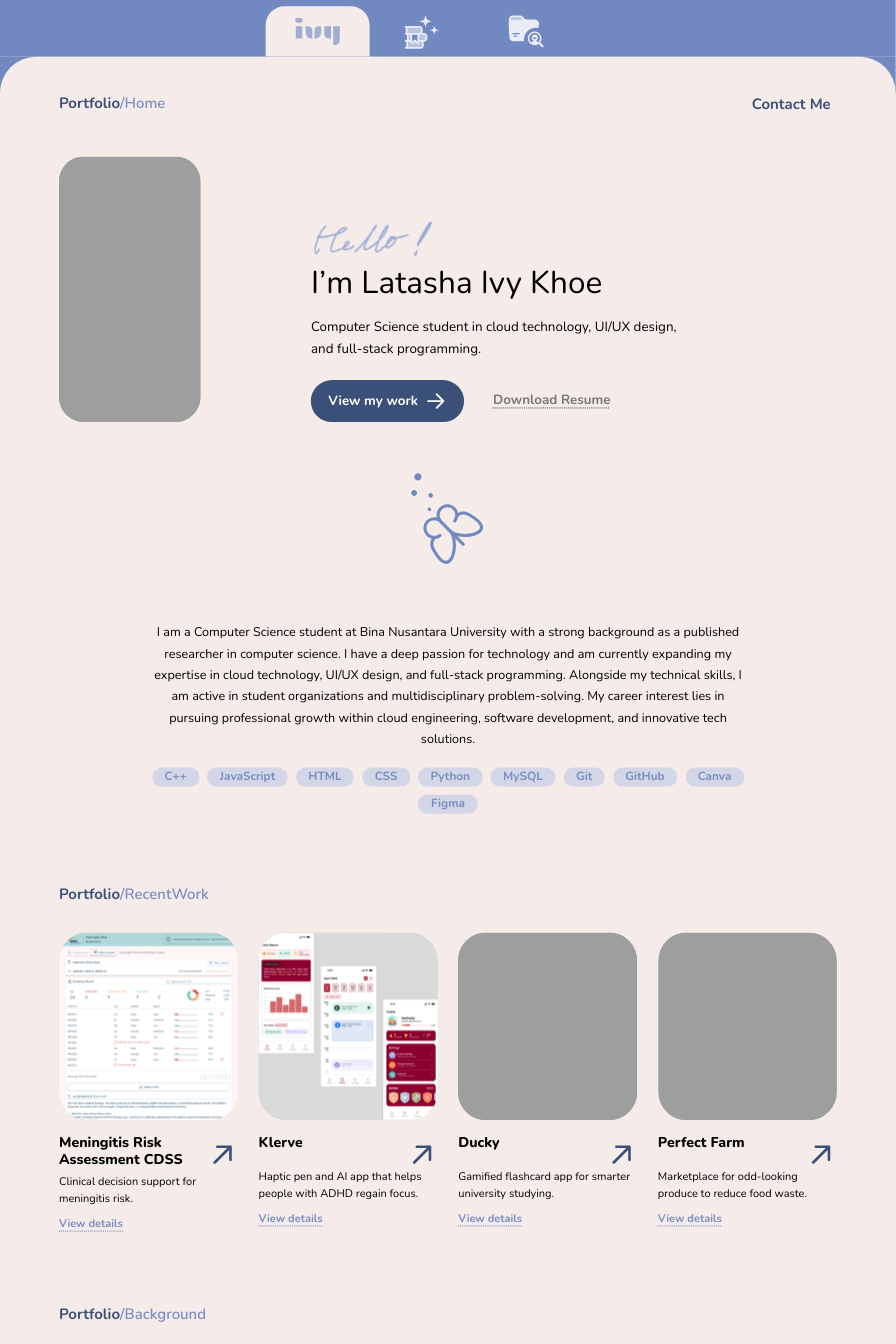
Repository: L-vy/L-vy
Page: /
The author's editor kept a copy of each file at every save. The page is drawn from the files as they stood at one save, then again after the next save.
The browser window is 1280 px wide. The pictures show the part of the page from y = 0 to 1920 px (the page is 3226 px tall), at 70% of full size.
Pictures or frames that could not be fetched are drawn as grey boxes. Some web fonts or font styles are not loaded; a fallback is used. The project was rebuilt for these pictures with package versions that can differ from the ones it lists, and the page was loaded fresh each time. Also part of the build but not shown: vite.config.ts, src/components/ExperienceBinder.tsx, src/components/FolderCard.tsx, src/components/ProjectSidebar.tsx, src/pages/ProjectDetails.tsx.

Above is the page before, as saved 2026-10-07 21:16:03.

After the next save:
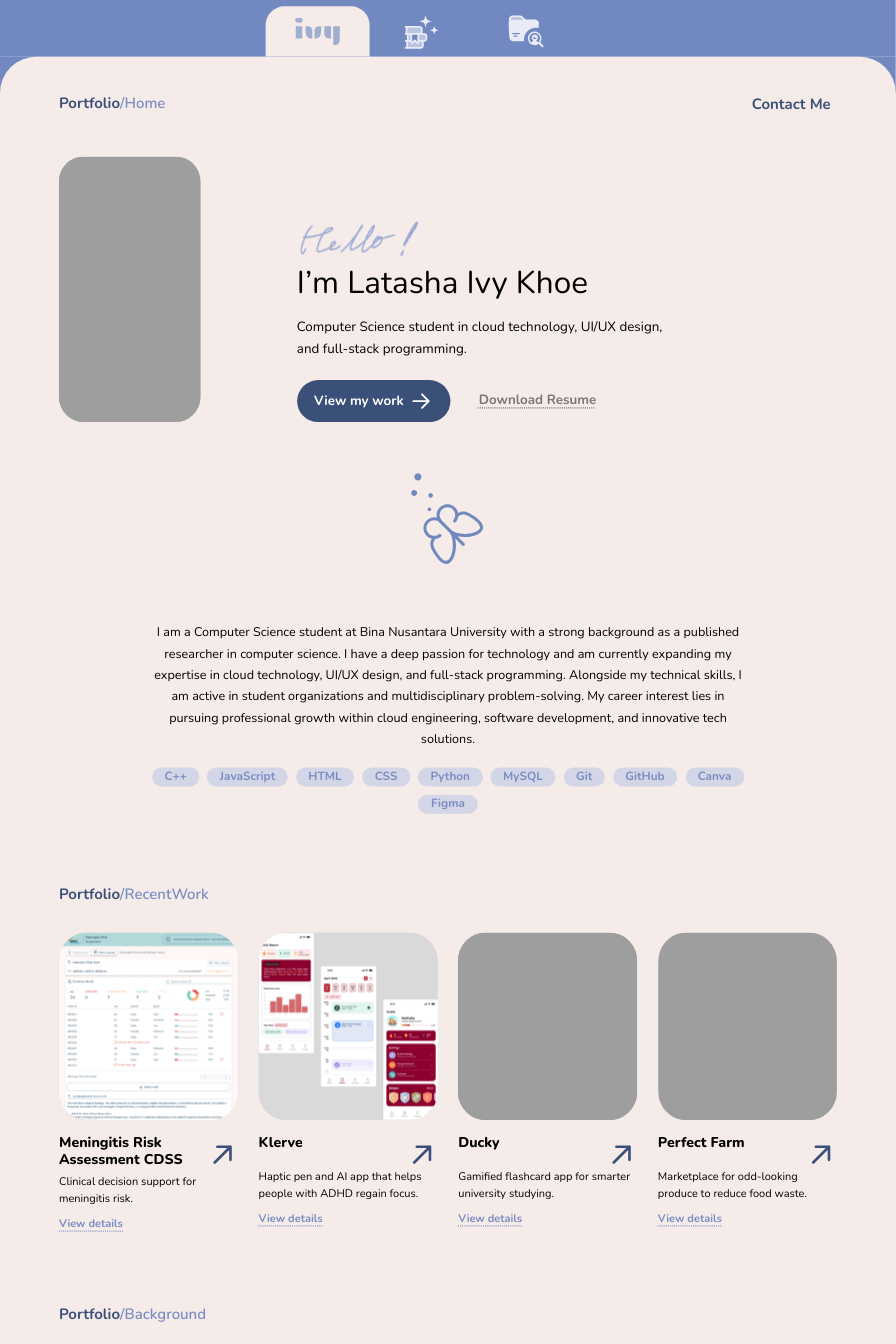
Saved 36 s later.
--- a/src/styles.css
+++ b/src/styles.css
@@ -26,7 +26,7 @@ img{max-width:100%}
 .crumb{background:none;border:0;padding:0;font:inherit;color:inherit}
 .crumb:hover{text-decoration:underline dotted;text-underline-offset:0.25rem}
 .contact-link{background:none;border:0;font-size:1.1875rem;font-weight:700;color:var(--ink)}
-.hero-grid{display:grid;grid-template-columns:16.875rem 1fr;gap:3.125rem;align-items:flex-end;margin-top:3.25rem}
+.hero-grid{display:grid;grid-template-columns:16.875rem 1fr;gap:2rem;align-items:flex-end;margin-top:3.25rem}
 .hero-photo{width: 100%;max-width: 135px;aspect-ratio: 200 / 375;object-fit:cover;background:var(--ph);border-radius:2rem;transition:transform .3s}
 .hero-photo:hover{transform:rotate(-1.2deg) scale(1.015)}
 .hello{height:3.375rem;width:auto;display:block}
